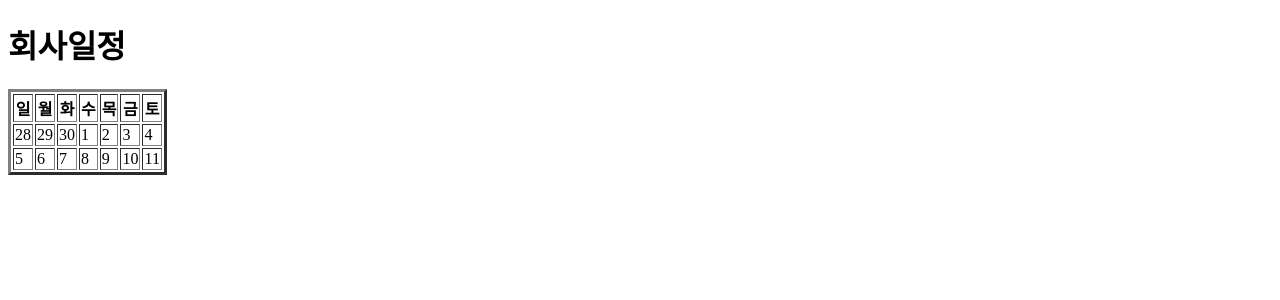
Repository: ybshim90/sesac1
Page: day_20211217_01_web/src/main/webapp/calendar.html
The author's editor kept a copy of each file at every save. The page is drawn from the files as they stood at one save, then again after the next save.
The browser window is 1280 px wide. The pictures show the whole page.

Above is the page before, as saved 2021-12-17 01:47:20.

### day_20211217_01_web/src/main/webapp/calendar.html
<!DOCTYPE html>
<html>
<head>
	<meta charset="UTF-8">
	<title>회사일정</title>
</head>
<body>
	<h1>회사일정</h1>
	<table border="3">
	  <tr>
	    <th>일</th>
	    <th>월</th>
	    <th>화</th>
	    <th>수</th>
	    <th>목</th>
	    <th>금</th>
	    <th>토</th>
	  </tr>
	  <tr>
	    <td>28</td>
	    <td>29</td>
	    <td>30</td>
	    <td>1</td>
	    <td>2</td>
	    <td>3</td>
	    <td>4</td>
	  </tr>
	  <tr>
	    <td>5</td>
	    <td>6</td>
	    <td>7</td>
	    <td>8</td>
	    <td>9</td>
	    <td>10</td>
	    <td>11</td>
	  </tr>
	</table>

</body>
</html>

After the next save:
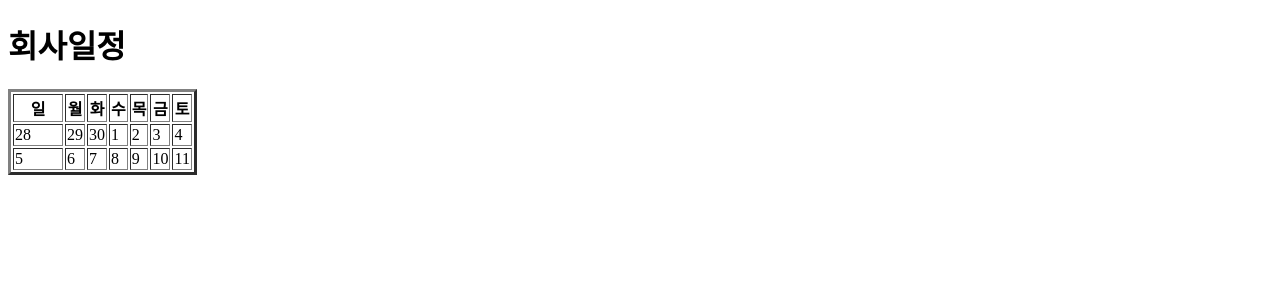
Saved 99 s later.
--- a/day_20211217_01_web/src/main/webapp/calendar.html
+++ b/day_20211217_01_web/src/main/webapp/calendar.html
@@ -7,6 +7,9 @@
 <body>
 	<h1>회사일정</h1>
 	<table border="3">
+		<colgroup>
+			<col width="50px">
+		</colgroup>
 	  <tr>
 	    <th>일</th>
 	    <th>월</th>
